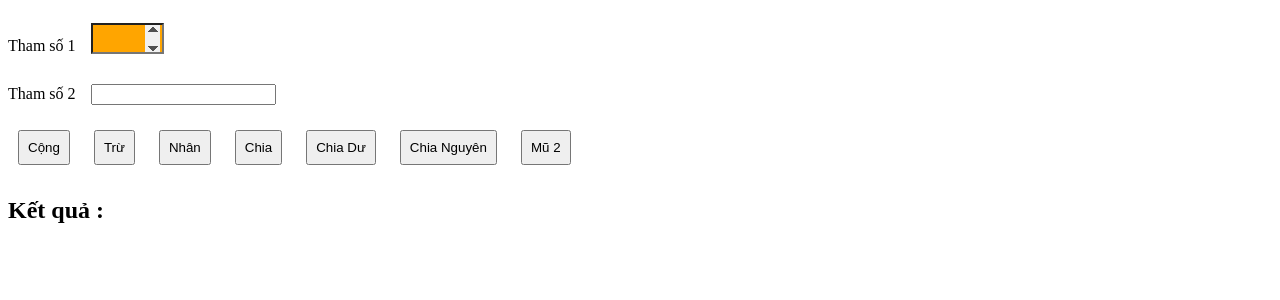
Repository: Toni3498/JsCourse
Page: number/calc.html
These files come from the project's save history. The page is drawn as it stood at one moment and after the next save; the edit follows.
The browser window is 1280 px wide. The pictures show the whole page.
The pointer rests on the first visible `.input input`.

Above is the page before, as saved 2021-08-17 19:45:09.

After the next save:
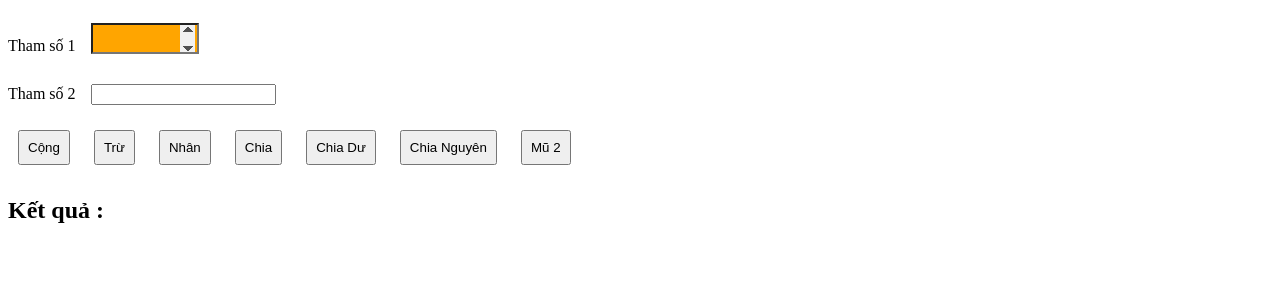
Saved 20 s later.
--- a/number/style.css
+++ b/number/style.css
@@ -7,7 +7,7 @@
 }
 .input input:hover {
   background-color: orange;
-  width: 65px;
+  width: 100px;
   height: 25px;
   font-size: 35px;
 }
